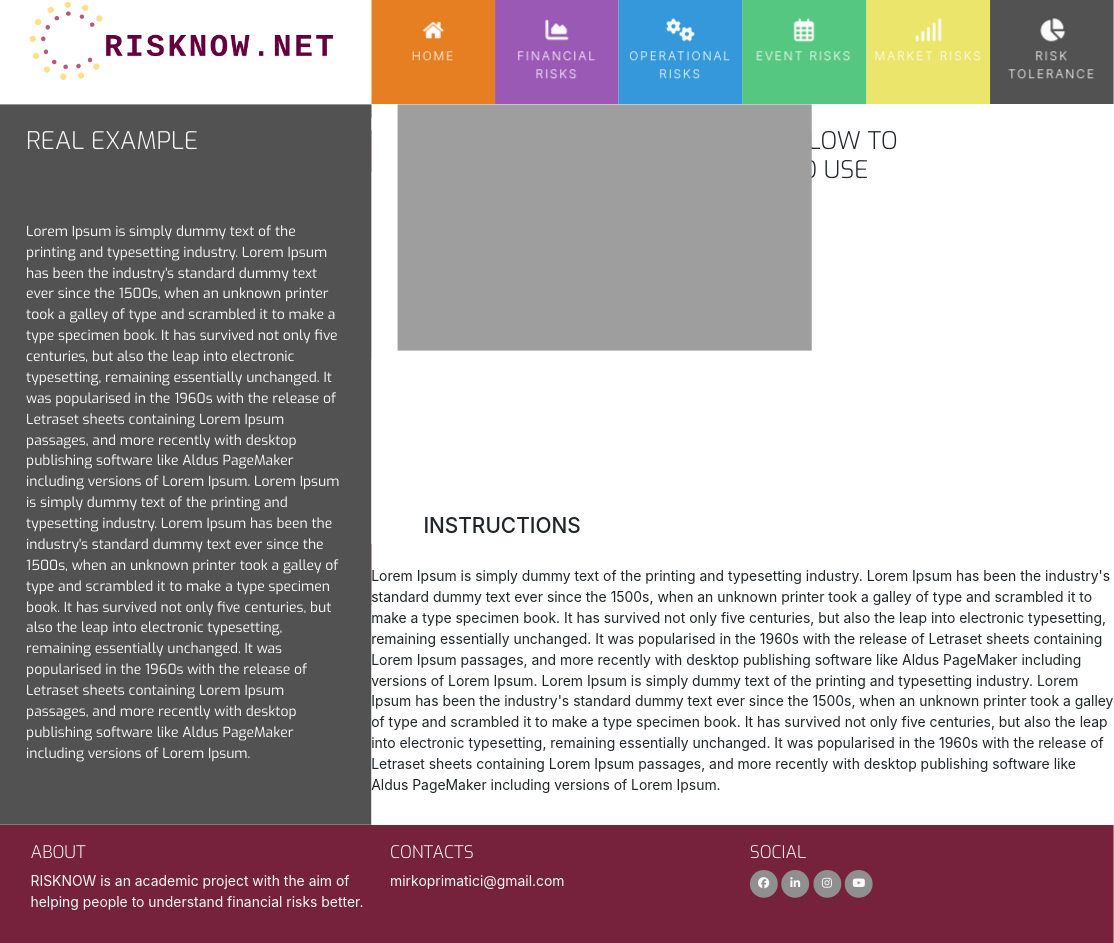
Repository: mirkoprimaticix/risknow.net
Page: index.html
The author's editor kept a record of every edit. The page is drawn from the files as they stood at one moment, then again after the next edit.
The browser window is 1280 px wide. The pictures show the whole page, at 87% of full size.
Pictures or frames that could not be fetched are drawn as grey boxes. Some web libraries are served in a nearby version.

Above is the page before.
Console error: TypeError: Cannot read properties of undefined (reading 'fn')

### index.html
<!DOCTYPE html>
<html lang="en">
<head>
    <meta charset="UTF-8">
    <meta name="viewport" content="width=device-width, initial-scale=1.0">
    <meta http-equiv="X-UA-Compatible" content="ie=edge">
    <link rel="stylesheet" href="https://stackpath.bootstrapcdn.com/bootstrap/4.3.1/css/bootstrap.min.css" integrity="sha384-ggOyR0iXCbMQv3Xipma34MD+dH/1fQ784/j6cY/iJTQUOhcWr7x9JvoRxT2MZw1T" crossorigin="anonymous">
    <script src="https://stackpath.bootstrapcdn.com/bootstrap/4.3.1/js/bootstrap.min.js" integrity="sha384-JjSmVgyd0p3pXB1rRibZUAYoIIy6OrQ6VrjIEaFf/nJGzIxFDsf4x0xIM+B07jRM" crossorigin="anonymous"></script>
    <link rel="stylesheet" href="https://cdnjs.cloudflare.com/ajax/libs/hover.css/2.1.1/css/hover-min.css" type="text/css" />
    <link rel="stylesheet" href="assets/css/style.css" type="text/css" />
    <script src="https://kit.fontawesome.com/079103ba7f.js"></script>
    <link rel="stylesheet" href="https://stackpath.bootstrapcdn.com/font-awesome/4.7.0/css/font-awesome.min.css" type="text/css" />

    <title>RISKNOW</title>
</head>
<body>
    <header>
        <div class = "row no-gutters">
            <a href="index.html" class = "col-md-4 logo">

            </a>
            <div class="col-md-8">
                <div class="row no-gutters">
                    <div class="col">
                        <ul id="nav" class="list-inline menucontainer">
                            <li class="col-6 col-sm-2 list-inline-item ui-menu-color-home menuitem">
                                <a href="index.html" class="hvr-sweep-to-bottom"><i class="fa fa-home" aria-hidden="true"></i><span>Home</span></a>
                            </li>
                            <li class="col-6 col-sm-2 list-inline-item ui-menu-color-fr menuitem">
                                <a href="financialrisk.html" class="hvr-sweep-to-bottom"><i class="fas fa-chart-area" aria-hidden="true"></i><span>Financial Risks</span></a>
                            </li>
                            <li class="col-6 col-sm-2 list-inline-item ui-menu-color-or menuitem">
                                <a href="operationalrisk.html" class="hvr-sweep-to-bottom"><i class="fas fa-cogs" aria-hidden="true"></i><span>Operational Risks</span></a>
                            </li>
                            <li class="col-6 col-sm-2 list-inline-item ui-menu-color-er menuitem">
                                <a href="eventrisk.html" class="hvr-sweep-to-bottom"><i class="far fa-calendar-alt" aria-hidden="true"></i><span>Event Risks</span></a>
                            </li>
                            <li class="col-6 col-sm-2 list-inline-item ui-menu-color-mr menuitem">
                                <a href="marketrisk.html" class="hvr-sweep-to-bottom"><i class="fas fa-signal" aria-hidden="true"></i><span>Market Risks</span></a>
                            </li>
                            <li class="col-6 col-sm-2 list-inline-item ui-menu-color-rt menuitem">
                                <a href="risktolerance.html" class="hvr-sweep-to-bottom"><i class="fas fa-chart-pie" aria-hidden="true"></i><span>Risk Tolerance</span></a>
                            </li>
                        </ul>
                    </div>
                </div>
            </div>
        </div>
    </header>

    <section class="container-fluid">
        <div class="row">
            <div class="col-md-4 bg-color-real-example section-column">
                <div class="row">
                    <div class="col-12">
                        <h3 class="history-heading uppercase">
                            REAL EXAMPLE
                        </h3>
                    </div>
                </div>
                <div class="history-items">
                <p class= "story-color">
                    Lorem Ipsum is simply dummy text of the printing and typesetting industry.
                    Lorem Ipsum has been the industry's standard dummy text ever since the 1500s, when an unknown
                    printer took a galley of type and scrambled it to make a type specimen book. It has survived not only five
                    centuries, but also the leap into electronic typesetting, remaining essentially unchanged. It was popularised in the
                    1960s with the release of Letraset sheets containing
                    Lorem Ipsum passages, and more recently with desktop publishing software like Aldus PageMaker including versions of Lorem Ipsum.
                    Lorem Ipsum is simply dummy text of the printing and typesetting industry.
                    Lorem Ipsum has been the industry's standard dummy text ever since the 1500s, when an unknown
                    printer took a galley of type and scrambled it to make a type specimen book. It has survived not only five
                    centuries, but also the leap into electronic typesetting, remaining essentially unchanged. It was popularised in the
                    1960s with the release of Letraset sheets containing
                    Lorem Ipsum passages, and more recently with desktop publishing software like Aldus PageMaker including versions of Lorem Ipsum.
                </p>
                </div>
            </div>
            <div class="col-md-8 bg-color-three-reasons section-column">
                <div class="row">
                    <div class="col">
                        <h3 class="section-heading uppercase">Watch the video below to understand how to use this website</h3>
                    </div>
                </div>
                <div class="row">
                    <div class="col">
                        <div class="videoWrapper">
                            <iframe width="560" height="349" src="https://www.youtube.com/embed/ehS-k9Ng7Ww" frameborder="0" allowfullscreen></iframe>
                        </div>
                    </div>
                </div>
                <div class="row lecture-color-margin">
                    <div class="col">
                        <h4 class="section-column uppercase">Instructions</h3>
                    </div>

                    <div class="row">
                        Lorem Ipsum is simply dummy text of the printing and typesetting industry.
                        Lorem Ipsum has been the industry's standard dummy text ever since the 1500s, when an unknown
                        printer took a galley of type and scrambled it to make a type specimen book. It has survived not only five
                        centuries, but also the leap into electronic typesetting, remaining essentially unchanged. It was popularised in the
                        1960s with the release of Letraset sheets containing
                        Lorem Ipsum passages, and more recently with desktop publishing software like Aldus PageMaker including versions of Lorem Ipsum.
                        Lorem Ipsum is simply dummy text of the printing and typesetting industry.
                        Lorem Ipsum has been the industry's standard dummy text ever since the 1500s, when an unknown
                        printer took a galley of type and scrambled it to make a type specimen book. It has survived not only five
                        centuries, but also the leap into electronic typesetting, remaining essentially unchanged. It was popularised in the
                        1960s with the release of Letraset sheets containing
                        Lorem Ipsum passages, and more recently with desktop publishing software like Aldus PageMaker including versions of Lorem Ipsum.
                    </div>
                </div>
            </div>
        </div>

    </section>



    <footer class="container-fluid">
        <div id="footer-details" class="row">
            <div class="col-sm-4">
                <h5 class="uppercase general-sub">About</h5>
                <p class="inline-block">
                    RISKNOW is an academic project with the aim of helping people to understand financial risks better.
                </p>
            </div>
            <div class="col-sm-4">
                <h5 class="uppercase general-sub">Contacts</h5>
                <p class="inline-block">
                    mirkoprimatici@gmail.com
                </p>
            </div>
            <div class="col-sm-4">
                <h5 class="uppercase general-sub">Social</h5>
                <ul class="list-inline social-links">
                    <li class="list-inline-item">
                        <a target="_blank" href="https://www.facebook.com/mirkoprimaticiofficial/">
                            <i class="fab fa-facebook" aria-hidden="true"></i>
                            <span class="sr-only">Facebook</span>
                        </a>
                    </li>
                    <li class="list-inline-item">
                        <a target="_blank" href="https://www.linkedin.com/in/mirko-primatici-a9196514a">
                            <i class="fab fa-linkedin" aria-hidden="true"></i>
                            <span class="sr-only">LinkedIn</span>
                        </a>
                    </li>
                    <li class="list-inline-item">
                        <a target="_blank" href="https://www.instagram.com/mirko_rko">
                            <i class="fab fa-instagram" aria-hidden="true"></i>
                            <span class="sr-only">Instagram</span>
                        </a>
                    </li>
                    <li class="list-inline-item">
                        <a target="_blank" href="https://www.youtube.com/channel/UC_WM-2rRN2VFD-oBAOGrd_Q?view_as=subscriber">
                            <i class="fab fa-youtube" aria-hidden="true"></i>
                            <span class="sr-only">YouTube</span>
                        </a>
                    </li>
                </ul>
            </div>
        </div>
    </footer>
</body>
</html>

### assets/css/style.css
@import url('https://fonts.googleapis.com/css?family=Roboto:100,200,300,400,500,600,700|Exo:100,200,300,400,500,600,700');

/*--------------------------------------------Colors*/

.bg-color-name-title {
    background-color: #676767;
}

.bg-color-three-reasons {
    background-color: #fff;
}

.bg-color-personal-info {
    background-color: #f4f4f4;
}

.bg-color-real-example {
    background-color: #525252;
}

.bg-color-contact {
    background-color: #fff;
}

.ui-menu-color-home {
    background-color: #e67e22;
}

.ui-menu-color-fr {
    background-color: #9b59b6;
}

.ui-menu-color-or {
    background-color: #3498db;
}

.ui-menu-color-er {
    background-color: #56C780;
}

.ui-menu-color-mr {
    background-color: #EBE66B;
}

.ui-menu-color-rt {
    background-color: #525252;
}

.row-table {
    display: table;
}

.section-column {
    display: table-cell;
    padding: 0 30px 30px;
    float: none;
}

.section-heading {
    font-family: "Exo", sans-serif;
    font-weight: 300;
    margin-top: 25px;
    margin-bottom: 40px;
    position: absolute;
    left: 50%;
    transform: translate(-50%);
}

.story-color{
    font-family: "Exo";
    font-weight: 400;
    margin-top: 25px;
    margin-bottom: 40px;
    color: #fefefe;
}

/* ----------------------------------------Special paddings/margins/text */

h1,
h2,
h3,
h4 {
    margin: 0;
}

.uppercase {
    text-transform: uppercase;
}

.general-sub {
    font-family: "Exo", sans-serif;
    font-weight: 300;
    color: #fafafa;
}

.inline-block {
    display: inline-block;
}

.row-table {
    display: table;
}

.section-column {
    display: table-cell;
    padding: 0 30px 30px;
    float: none;
}

.history-heading,
.section-heading {
    font-family: "Exo", sans-serif;
    font-weight: 300;
    margin-top: 25px;
    margin-bottom: 40px;
}

/*--------------------------------------------Heading*/

header {
    margin: 0;
}

.heading {
    margin-left: 50px;
}


.logo {
    background: url("../images/logo.png");
    background-position: center;
    background-repeat: no-repeat;
    background-size: cover;
    min-height: 120px;
    transition: all .5s ease-in-out;
    -moz-transition: all .5s ease-in-out;
    -webkit-transition: all .5s ease-in-out;
}

.name {
    font-family: "Exo", sans-serif;
    font-weight: 100;
    font-size: 46px;
    margin-top: 50px;
    color: #fff;
}

.title {
    font-family: "Roboto", sans-serif;
    font-weight: 200;
    font-size: 28px;
    margin-top: 20px;
    margin-bottom: 90px;
    color: #fff;
}

.list-inline-item:not(:last-child) {
    margin: 0;
}

.menucontainer {
    font-size: 0;
}

#nav li {
    font-size: 14px;
    padding: 0;
}

#nav {
    margin: 0;
}

.menuitem {
    height: 120px;
    text-align: center;
    padding: 0;
}

.menuitem a {
    width: 100%;
    text-decoration: none;
    color: #fff;
    height: 120px;
}

.menuitem a i {
    padding-top: 22px;
    display: block;
    color: #fafafa;
    font-size: 26px;
}

.menuitem span {
    display: block;
    width: 100%;
    padding-top: 5px;
    text-align: center;
    text-transform: uppercase;
    font-size: 14px;
    font-weight: 300;
    letter-spacing: 2px;
}

/*--------------------------------------------Hover.css*/

.hvr-sweep-to-bottom:before {
    background: rgba(0, 0, 0, 0.2);
    height: 120px;
}

/* ----------------------------------------Footer */

footer {
    background-color: #77223C;
    color: #fafafa;
    min-height: 120px;
    margin: 0;
}

.social-links {
    padding-bottom: 15px;
}

.social-links li a i {
    width: 32px;
    height: 32px;
    padding: 12px 0;
    border-radius: 50%;
    font-size: 13px;
    line-height: 7px;
    text-align: center;
    color: #fafafa;
    background: #8f8f8f;
    transition: all 0.35s ease-in-out;
    -moz-transition: all 0.35s ease-in-out;
    -webkit-transition: all 0.35s ease-in-out;
    -o-transition: all 0.35s ease-in-out;
}

.social-links li a i:hover {
    background: #A4FFFA;
}

#footer-details {
    padding: 20px;
}

/* ----------------------------------------Three Reasons */

.three-reasons-icon {
    font-size: 26px;
    color: #e67e22;
}

.three-reasons-heading {
    margin-bottom: 15px;
}

/* ----------------------------------------Personal Info */

.personal-info-item {
    margin-bottom: 20px;
    display: block;
    clear: both;
}

.personal-info-item .key,
.personal-info-item .value {
    padding-right: 8px;
    display: inline-block;
}

.personal-info-item .key p,
.personal-info-item .value p {
    margin: 0;
}

.personal-info-item .key {
    width: 30%;
    margin-right: 21px;
    padding-top: 2px;
    vertical-align: top;
}

.personal-info-item .key p {
    font-weight: 700;
}

.personal-info-item .value {
    position: relative;
    width: 60%;
}

/* ----------------------------------------Skills */

.progress {
    position: relative;
    height: 25px;
    margin-bottom: 4px;
}

.progress-type {
    position: absolute;
    left: 0px;
    font-weight: 400;
    padding: 3px 30px 2px 10px;
    color: #fafafa;
    background-color: rgba(25, 25, 25, 0.2);
}

.progress-section {
    margin: 40px 20px;
}

/* ----------------------------------------Work History */

.history-heading {
    color: #fafafa;
    margin-bottom: 50px;
}

.timeline-item {
    padding: 4em 2em 0em 2em;
    position: relative;
    color: #fafafa;
    border-left: 1px solid;
}

.timeline-item p {
    padding: 0;
    margin: 0;
}

.timeline-item:before {
    content: attr(data-dates);
    position: absolute;
    left: 2.5em;
    top: 3em;
    display: block;
    font-family: "Exo", sans-serif;
    font-weight: 500;
    font-size: 0.8em;
    padding: 0;
    margin: 0;
}

.timeline-item:after {
    width: 12px;
    height: 12px;
    display: block;
    top: 2.4em;
    position: absolute;
    left: -6px;
    border-radius: 12px;
    content: '';
    background: #fafafa;
}

.history-items {
    margin-bottom: 30px;
}

/* ----------------------------------------Contact Form */

.contact-heading {
    font-family: "Exo", sans-serif;
    font-weight: 300;
    margin-top: 25px;
    margin-bottom: 20px;
}

.center-form {
    padding-top: 10px;
    margin: 0 auto;
    max-width: 70%;
}

button[type="submit"] {
    margin-top: 15px;
    margin-bottom: 20px;
    color: #fafafa;
    background-color: #e84610;
}

/* ----------------------------------------Media Queries */

@media(min-width: 992px) {
    .center-form {
        padding-top: 30px;
        min-height: 240px;
        margin: 0 auto;
        max-width: 50%;
    }
}

/* ----------------------------------------Youtube iFrame */

.videoWrapper {
	position: relative;
	padding-bottom: 56.25%; /* 16:9 */
	padding-top: 25px;
	height: 0;
}
.videoWrapper iframe {
	position: absolute;
	top: 0;
	left: 0;
	width: 60%;
	height: 60%;
}

.videoPosition{
    position: absolute;
    left: 50%;
    top:50%;
    transform: translate(50%,50%);
}

After the next edit:
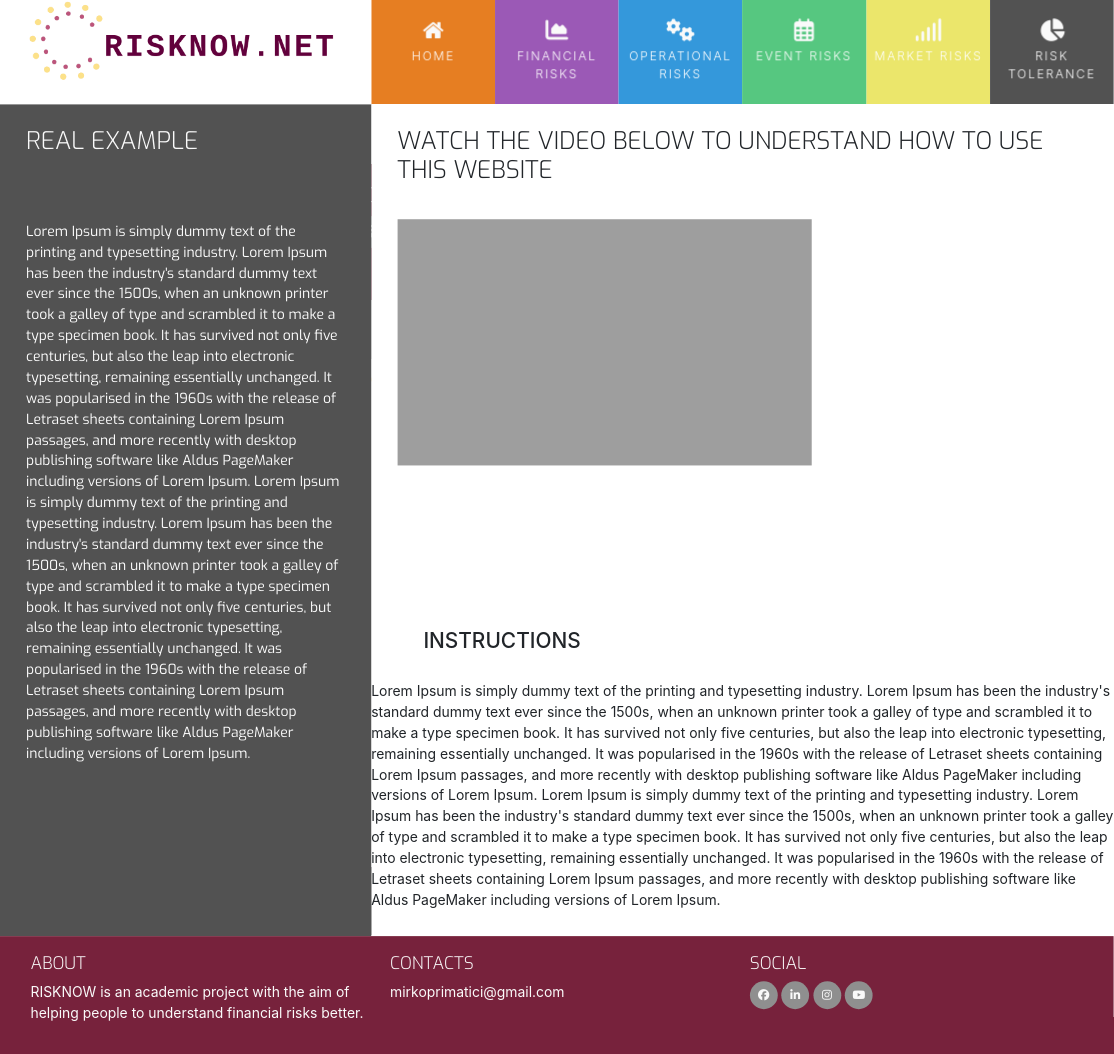
The edit:
--- a/assets/css/style.css
+++ b/assets/css/style.css
@@ -61,9 +61,7 @@
     font-weight: 300;
     margin-top: 25px;
     margin-bottom: 40px;
-    position: absolute;
-    left: 50%;
-    transform: translate(-50%);
+
 }
 
 .story-color{
